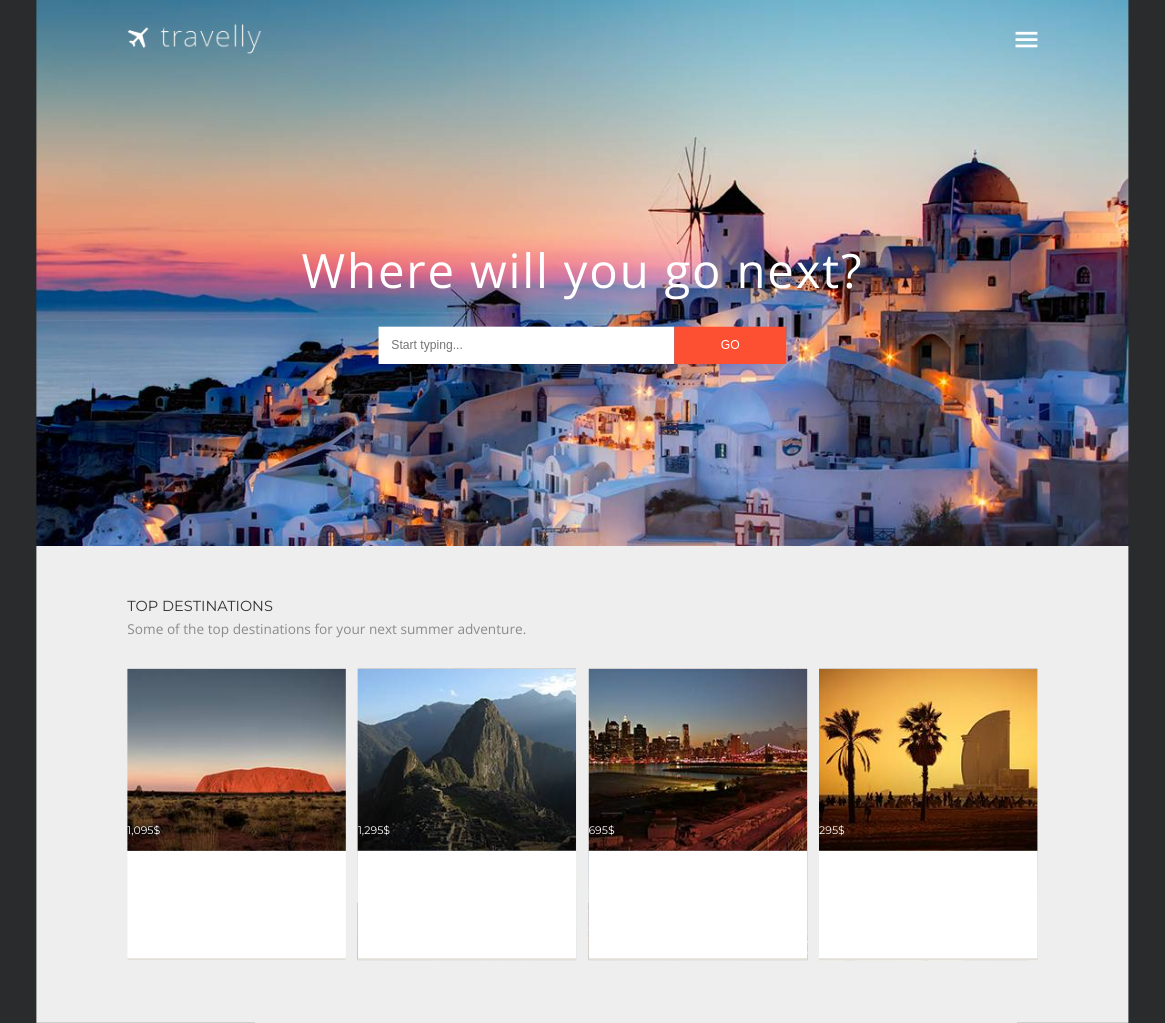
Repository: YusifHasanov/Web-Page-Template
Page: index.html
An editor plug-in stored every save of this project. The page is shown before and after the next save, followed by the edit.
The browser window is 1280 px wide. The pictures show the whole page, at 91% of full size.

Above is the page before, as saved 2021-12-05 21:33:05.

### index.html
<!DOCTYPE html>
<html lang="en">
<head>
  <!-- !required meta tags -->
  <meta charset="UTF-8">
  <meta http-equiv="X-UA-Compatible" content="IE=edge">
  <meta name="viewport" content="width=device-width, initial-scale=1.0">
  <title>Document</title>
  <!-- !style css -->
  <link rel="stylesheet" href="./css/style.css" />
</head>
<body>

  <div class="container">
      <div class="header useless">
        <div class="navBar d-flex justify-between align-end">
          <img src="./img/logo.png" alt="traveller company logo" />
          <img src="./img/menubar.png" class="hamburger" alt="hamburger menu logo" />
        </div>
        <h1>Where will you go next?</h1>
        <form class="d-flex justify-center">
          <input type="text" id="search" name="search" [aria-label="search"] placeholder="Start typing..." />
          <button type="submit" role="button">GO</button>
        </form>
      </div>
      <div class="top-destinations useless">
            <h2>Top destinations</h2>
            <p>Some of the top destinations for your next summer adventure.</p>

            <div class="flex-container d-flex justify-between">
              <div class="flex-item">
                <div class="top australia">
                  <span>1,095$</span>
                </div>
                <div class="down"></div>
              </div>
              <div class="flex-item s-america">
                <div class="top">
                   <span>1,295$</span>
                </div>
                <div class="down"></div>
              </div>
              <div class="flex-item n-america">
                <div class="top">
                   <span>695$</span>
                </div>
                <div class="down"></div>
              </div>
              <div class="flex-item europe">
                <div class="top">
                   <span>295$</span>
                </div>
                <div class="down"></div>
              </div>
            </div>
      </div>
  </div>

</body>
</html>

### css/style.css
@import url('https://fonts.googleapis.com/css2?family=Montserrat&family=Open+Sans:wght@300;400&display=swap');

* {
  margin: 0;
  padding: 0;
  outline: 0;
  border: 0;
  box-sizing: border-box;
}

body {
  min-height: 100vh;
  background-color: #292b2c;
}

.d-flex {
  display: flex;
}

.justify-center {
  justify-content: center;
}

.justify-between {
  justify-content: space-between;
}

.align-end {
  align-items: flex-end;
}

.useless {
  padding-left: 8.33%;
  padding-right: 8.33%;
}

.container {
  max-width: 1200px;
  margin-left: auto;
  margin-right: auto;
}

.header {
  height: 600px;
  background-image: url(./../img//backgr.jpg);
}

.navBar {
  padding-top: 26px;
}

.hamburger {
  margin-bottom: 6px;
}

.header > h1 {
  font-size: 52px;
  letter-spacing: 2px;
  color: #ffffff;
  font-weight: 300;
  font-family: 'Open Sans', sans-serif;
  text-align: center;
  line-height: 45px;
  margin-top: 215px;
}

.header > h1 + form {
  margin-top: 40px;
  height: 41px;
}

button[type='submit'] {
  width: 123px;
  background-color: #fd4f32;
  color: white;
}

.header input[type='text'] {
  width: 325px;
  padding-left: 14px;
}

.top-destinations {
  padding-top: 59px;
  padding-bottom: 69px;
  background-color: #eee;
}

.top-destinations > h2 {
  font-size: 16px;
  letter-spacing: 0px;
  color: #323232;
  font-weight: 400;
  font-family: 'Montserrat', sans-serif;
  text-transform: uppercase;
  line-height: 13px;
}

.top-destinations > p {
  font-size: 15px;
  letter-spacing: 0px;
  color: #8b8b8b;
  font-weight: 400;
  font-family: 'Open Sans', sans-serif;
  line-height: 10px;
  margin-top: 14px;
}

.flex-container {
  margin-top: 39px;
}

.flex-item {
  width: 24%;
}

.top {
  height: 200px;
  position: relative;
}

.top > span {
  position: absolute;
  font-size: 12px;
  letter-spacing: 0px;
  color: #ffffff;
  font-weight: 400;
  font-family: 'Montserrat',sans-serif;
  text-align: right;
  bottom: 16px;
}

.down {
  height: 120px;
  background-color: white;
  border-bottom: 2px solid #e1dfd8;
}

.australia {
  background-image: url(./../img/amazing-a.jpg);
}

.s-america {
  background-image: url(./../img/s-america.jpg);
}

.n-america {
  background-image: url(./../img/n-america.jpg);
}

.europe {
  background-image: url(./../img/europe.jpg);
}

After the next save:
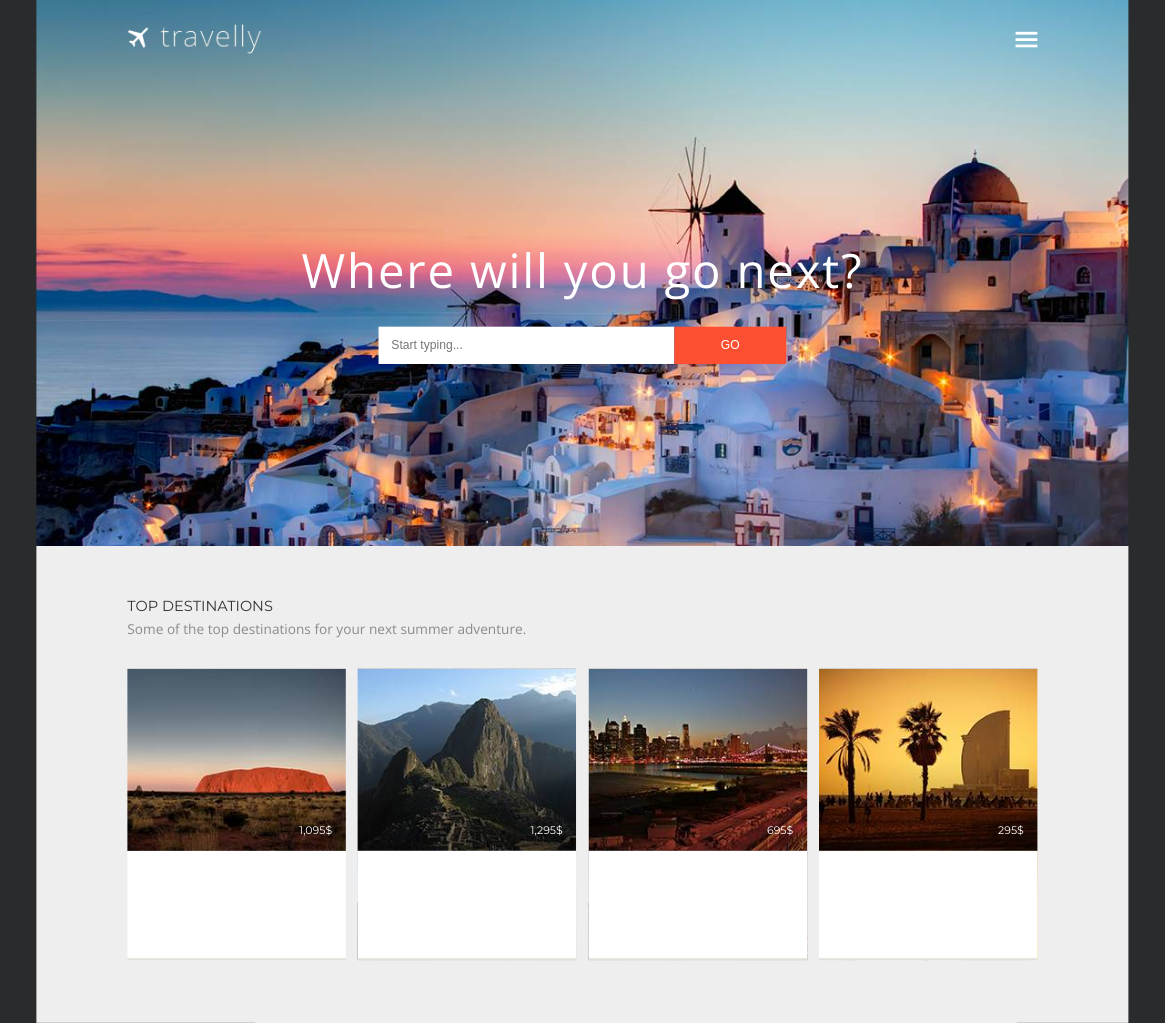
Saved 6 s later.
--- a/css/style.css
+++ b/css/style.css
@@ -128,6 +128,7 @@ button[type='submit'] {
   font-family: 'Montserrat',sans-serif;
   text-align: right;
   bottom: 16px;
+  right: 15px;
 }
 
 .down {
